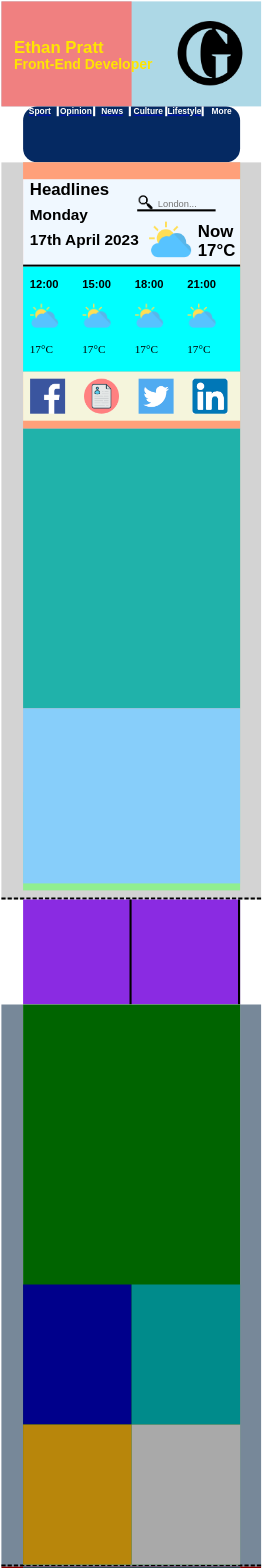
Repository: ghend99/News-Media
Page: index.html
An editor plug-in stored every save of this project. The page is shown before and after a run of saves, followed by the edit.
The browser window is 375 px wide. The pictures show the part of the page from y = 0 to 2240 px (the page is 4372 px tall), at 70% of full size.
Some web fonts or font styles are not loaded; a fallback is used.

Above is the page before, as saved 2023-05-07 15:52:49.

After the next 8 saves:
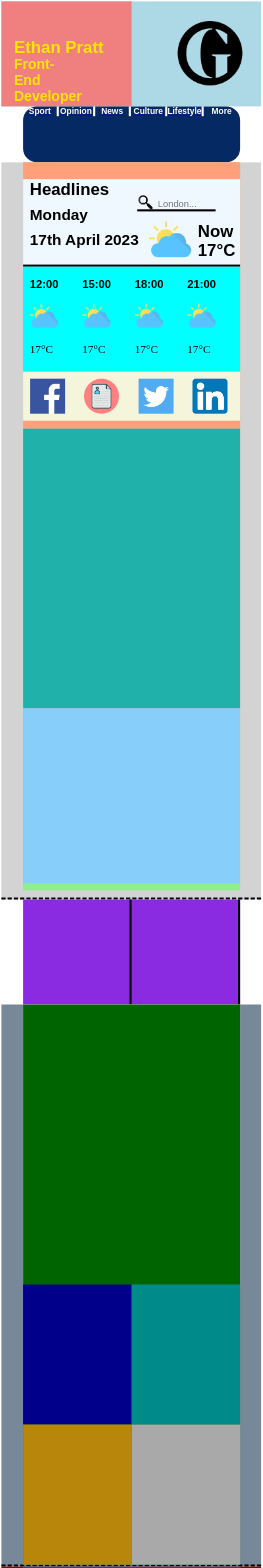
The 8 saves are shown as one change because they came seconds apart.
The last was saved 88 s later.
--- a/style.css
+++ b/style.css
@@ -696,6 +696,7 @@
   .header-job {
     font-size: 20px;
     top: 60px;
+    width: 90px;
   }
 
   .header-social-link {
